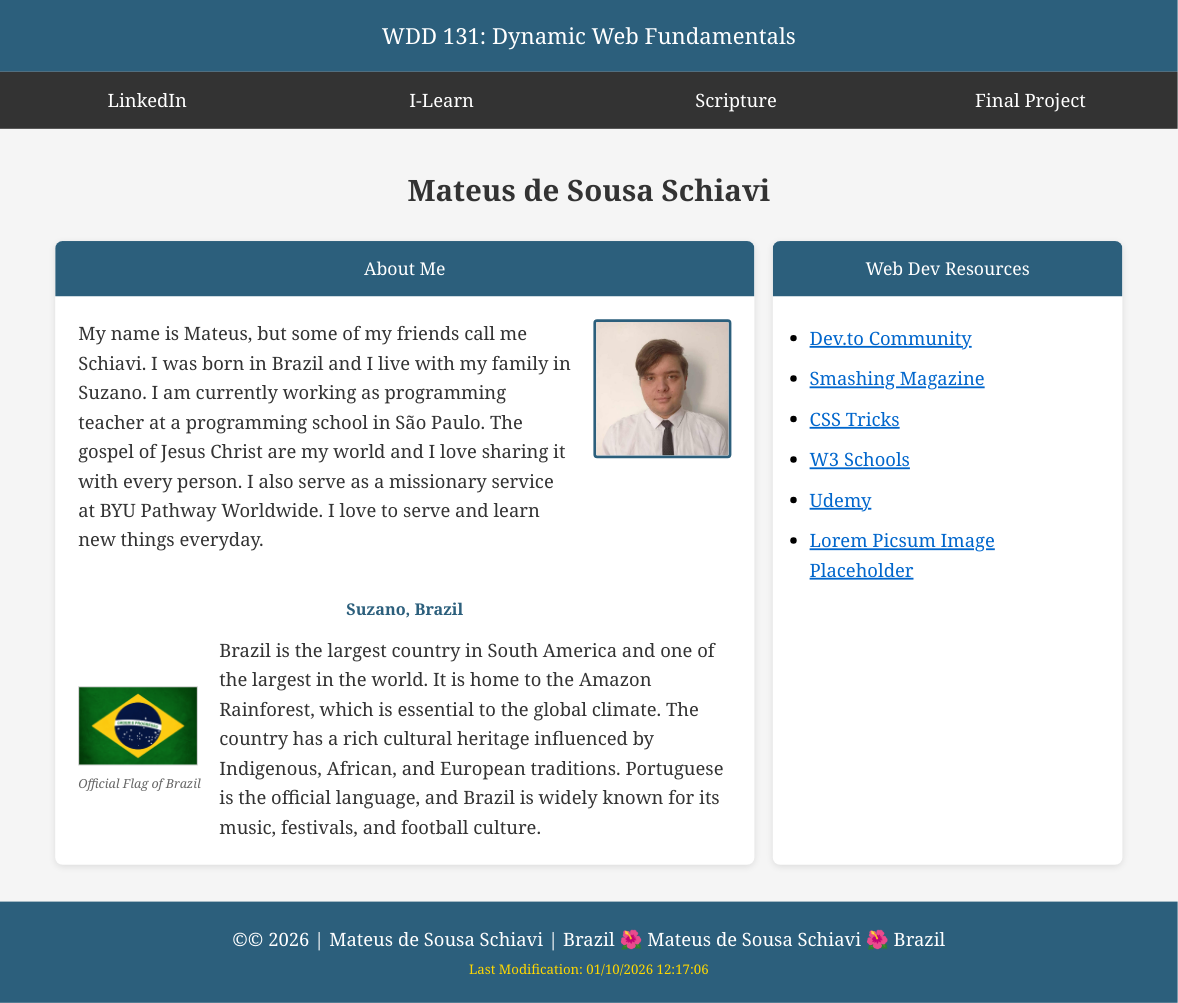
Repository: mateus-schiavi/wdd131
Page: index.html
The author's editor kept a copy of each file at every save. The page is drawn from the files as they stood at one save, then again after the next save.
The browser window is 1280 px wide. The pictures show the whole page, at 92% of full size.
Some web fonts or font styles are not loaded; a fallback is used.

Above is the page before, as saved 2026-01-10 17:56:13.

### index.html
<!DOCTYPE html>
<html lang="en">

<head>
    <script src="./scripts/getdates.js" defer></script>
    <meta charset="UTF-8">
    <meta name="viewport" content="width=device-width, initial-scale=1.0">
    <meta name="author" content="Mateus de Sousa Schiavi">
    <meta name="description"
        content="Personal homepage for WDD 131 – Dynamic Web Fundamentals, featuring information about Mateus de Sousa Schiavi and useful web development resources.">
    <title>WDD 131 - Dynamic Web Fundamentals - Mateus de Sousa Schiavi</title>
    <link rel="stylesheet" href="./styles/base.css">
    <link rel="preconnect" href="https://fonts.googleapis.com">
    <link rel="preconnect" href="https://fonts.gstatic.com" crossorigin>
    <link href="https://fonts.googleapis.com/css2?family=Ancizar+Serif:ital,wght@0,300..900;1,300..900&display=swap"
        rel="stylesheet">
</head>

<body>
    <header>
        <h1 id="course-title">WDD 131: Dynamic Web Fundamentals</h1>
    </header>
    <nav>
        <a href="https://www.linkedin.com/in/mateus-de-sousa-schiavi/" target="_blank">LinkedIn</a>
        <a href="https://byupw.instructure.com/" target="_blank">I-Learn</a>
        <a href="https://www.churchofjesuschrist.org/study/scriptures/nt/matt/24?lang=eng&id=p14#p14"
            target="_blank">Scripture</a>
        <a href="#">Final Project</a>
    </nav>
    <main>
        <h2>Mateus de Sousa Schiavi</h2>
        <div class="content-wrapper">
            <section class="card about-card">
                <h3>About Me</h3>
                <div class="about-content">
                    <div class="text-content">
                        <p>
                            My name is Mateus, but some of my friends call me Schiavi. I was born in Brazil and I live
                            with my family in Suzano. I am currently working as programming teacher at a programming
                            school in São Paulo. The gospel of Jesus Christ are my world and I love sharing it with
                            every person. I also serve as a missionary service at BYU Pathway Worldwide. I love to serve
                            and learn new things everyday.
                        </p>
                    </div>
                    <img src="./images/profile.jpg" alt="Profile picture of Mateus de Sousa Schiavi">
                </div>
                <div class="country">
                    <h4>Suzano, Brazil</h4>
                    <div class="country-content">
                        <figure>
                            <img src="./images/brazilian_flag.jpg" alt="Official flag of Brazil">
                            <figcaption>Official Flag of Brazil</figcaption>
                        </figure>
                        <p>
                            Brazil is the largest country in South America and one of the largest in the world.
                            It is home to the Amazon Rainforest, which is essential to the global climate.
                            The country has a rich cultural heritage influenced by Indigenous, African, and
                            European traditions. Portuguese is the official language, and Brazil is widely
                            known for its music, festivals, and football culture.
                        </p>
                    </div>
                </div>
            </section>
            <section class="card resources-card">
                <h3>Web Dev Resources</h3>
                <ul>
                    <li><a href="https://dev.to/" target="_blank">Dev.to Community</a></li>
                    <li><a href="https://www.smashingmagazine.com/" target="_blank">Smashing Magazine</a></li>
                    <li><a href="https://css-tricks.com/" target="_blank">CSS Tricks</a></li>
                    <li><a href="https://www.w3schools.com/" target="_blank">W3 Schools</a></li>
                    <li><a href="https://www.udemy.com/" target="_blank">Udemy</a></li>
                    <li><a href="https://picsum.photos/" target="_blank">Lorem Picsum Image Placeholder</a></li>
                </ul>
            </section>
        </div>
    </main>
    <footer>
        <p>©<span id="currentYear"></span> 🌺 Mateus de Sousa Schiavi 🌺 Brazil</p>
        <p id="lastModified"></p>
    </footer>
</body>

</html>

### scripts/getdates.js
const currentYear = new Date().getFullYear();

document.getElementById("currentYear").textContent = `© ${currentYear} | Mateus de Sousa Schiavi | Brazil`;

const lastModifiedDate = document.lastModified;

document.getElementById("lastModified").textContent = `Last Modification: ${lastModifiedDate}`;

### styles/base.css
* {
  margin: 0;
  padding: 0;
  box-sizing: border-box;
}

body {
  font-family: 'Ancizar Serif', Georgia, serif;
  background-color: #f5f5f5;
  line-height: 1.6;
  font-size: 20px;
}

header {
  background-color: #2c5f7c;
  color: white;
  padding: 20px;
  text-align: center;
}

#course-title {
  font-size: 1.5rem;
  font-weight: normal;
  margin: 0;
}

/* Navigation */
nav {
  background-color: #333;
  display: flex;
  justify-content: space-around;
  flex-wrap: wrap;
}

nav a {
  color: white;
  text-decoration: none;
  padding: 15px 20px;
  display: block;
  transition: background-color 0.3s;
  flex: 1;
  text-align: center;
}

nav a:hover {
  background-color: #555;
}

/* Main Content */
main {
  max-width: 1200px;
  margin: 40px auto;
  padding: 0 20px;
}

main > h2 {
  text-align: center;
  font-size: 2rem;
  margin-bottom: 30px;
  color: #333;
}

.content-wrapper {
  display: grid;
  grid-template-columns: 2fr 1fr;
  gap: 20px;
}

/* Card Sections */
.card {
  background-color: white;
  border-radius: 8px;
  box-shadow: 0 2px 8px rgba(0, 0, 0, 0.1);
  overflow: hidden;
}

.card h3 {
  background-color: #2c5f7c;
  color: white;
  padding: 15px;
  text-align: center;
  font-size: 1.2rem;
  margin: 0;
  font-weight: normal;
}

/* About Me Card */
.about-card .about-content {
  padding: 25px;
  display: flex;
  gap: 20px;
  align-items: flex-start;
}

.text-content {
  flex: 1;
}

.text-content p {
  color: #333;
  text-align: left;
}

.about-content img {
  width: 150px;
  height: auto;
  border: 3px solid #2c5f7c;
  border-radius: 4px;
  flex-shrink: 0;
}

/* Country Section */
.country {
  padding: 25px;
  padding-top: 20px;
}

.country h4 {
  text-align: center;
  color: #2c5f7c;
  margin-bottom: 15px;
  font-size: 1.1rem;
}

.country-content {
  display: flex;
  gap: 20px;
  align-items: center;
  margin-top: 15px;
}

.country-content figure {
  text-align: center;
  margin: 0;
  flex-shrink: 0;
}

.country-content figure img {
  width: 130px;
  height: auto;
  border: 1px solid #ccc;
  display: block;
  margin-bottom: 8px;
}

.country-content figcaption {
  font-size: 0.85rem;
  font-style: italic;
  color: #666;
}

.country-content p {
  flex: 1;
  color: #333;
  text-align: left;
}

/* Web Dev Resources Card */
.resources-card {
  align-self: stretch;
  display: flex;
  flex-direction: column;
}

.resources-card ul {
  list-style: disc;
  padding: 30px 40px;
  margin: 0;
  flex-grow: 1;
}

.resources-card li {
  margin-bottom: 12px;
}

.resources-card li:last-child {
  margin-bottom: 0;
}

.resources-card a {
  color: #0066cc;
  text-decoration: underline;
  transition: color 0.2s;
}

.resources-card a:hover {
  color: #004499;
}

/* Footer */
footer {
  background-color: #2c5f7c;
  color: white;
  text-align: center;
  padding: 20px;
  margin-top: 40px;
}

footer p {
  margin: 5px 0;
}

#lastModified {
  font-size: 0.9rem;
  color: #ffd700;
}

/* Responsive Design */
@media (max-width: 900px) {
  .content-wrapper {
    grid-template-columns: 1fr;
  }
}

@media (max-width: 768px) {
  nav {
    flex-direction: column;
  }

  nav a {
    border-bottom: 1px solid #555;
  }

  nav a:last-child {
    border-bottom: none;
  }

  .about-content {
    flex-direction: column;
    align-items: center !important;
    text-align: center;
  }

  .text-content p {
    text-align: center !important;
  }

  .country-content {
    flex-direction: column;
    text-align: center;
  }

  .country-content p {
    text-align: center !important;
  }

  main > h2 {
    font-size: 1.5rem;
  }
}

After the next save:
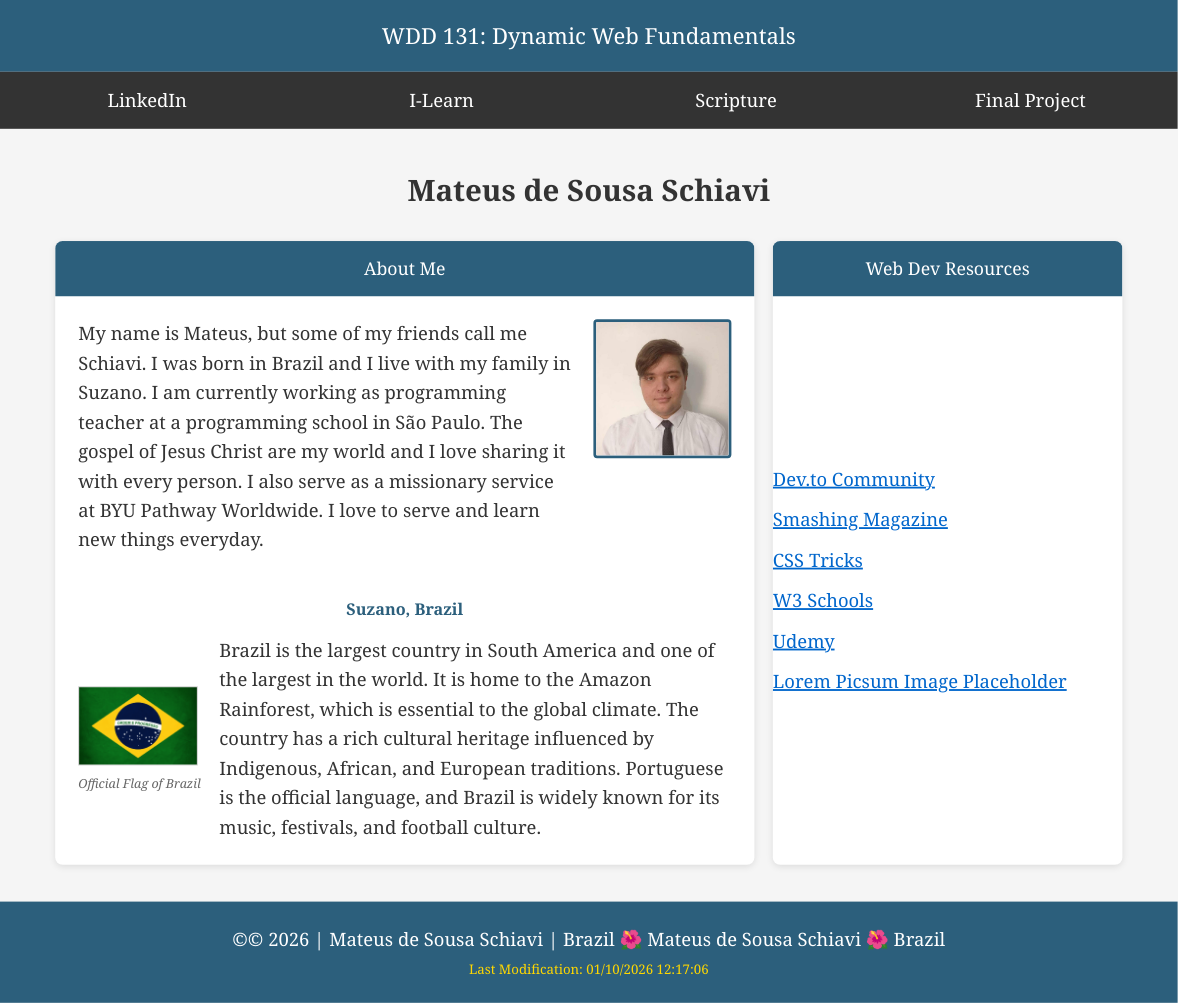
Saved 2 min 1 s later.
--- a/styles/base.css
+++ b/styles/base.css
@@ -163,10 +163,10 @@ main > h2 {
 }
 
 .resources-card ul {
-  list-style: disc;
-  padding: 30px 40px;
-  margin: 0;
-  flex-grow: 1;
+    display: flex;
+    flex-direction: column;
+    justify-content: center;
+    height: 100%;
 }
 
 .resources-card li {
